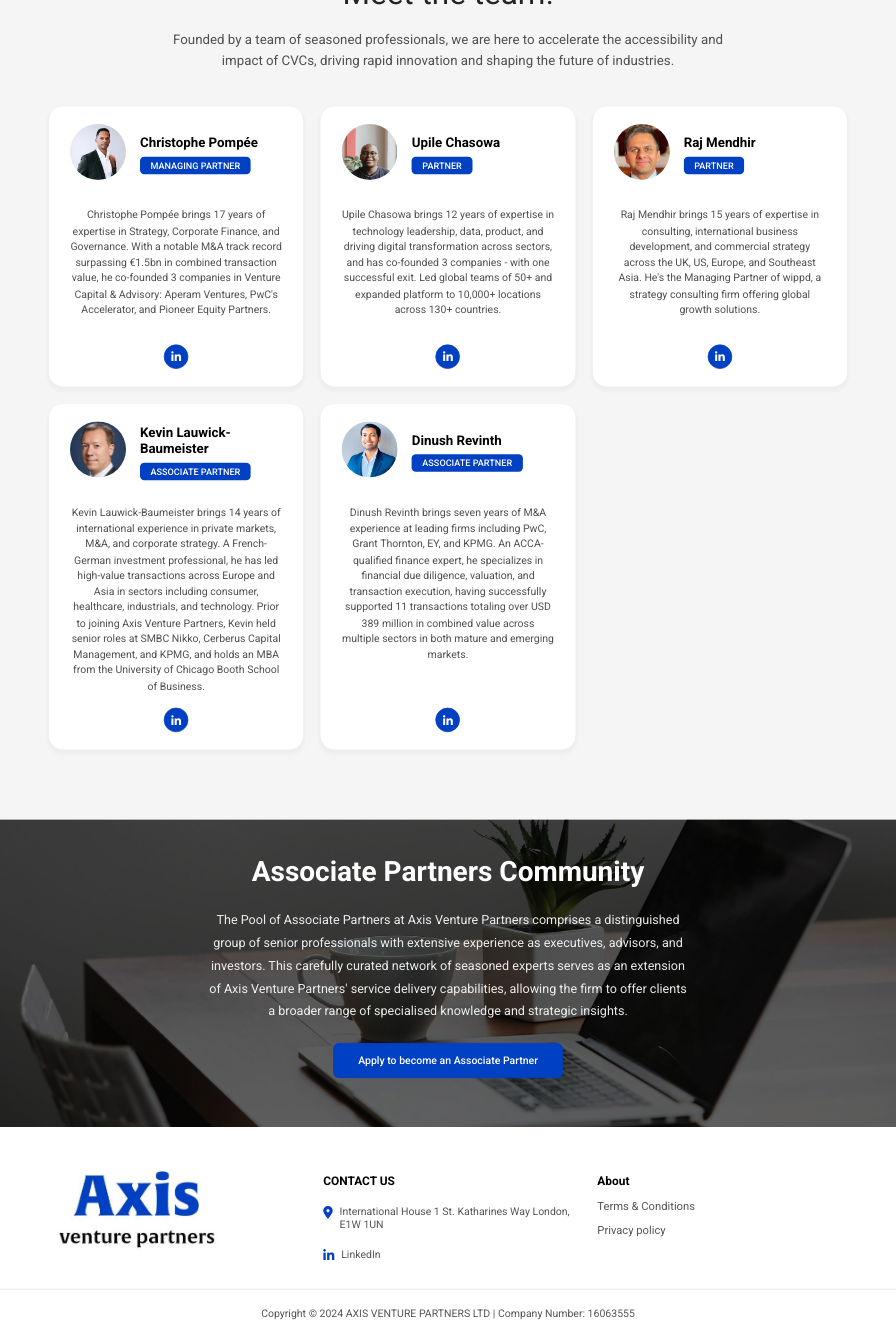
Repository: uchasowa/axisventures
Page: index.html
An editor plug-in stored every save of this project. The page is shown before and after the next save, followed by the edit.
The browser window is 1280 px wide. The pictures show the part of the page from y = 2120 to 4040 px (the page is 4040 px tall before and 3946 px after), at 70% of full size.
Some web libraries are served in a nearby version.

Above is the page before, as saved 2025-07-04 20:27:35.

After the next save:
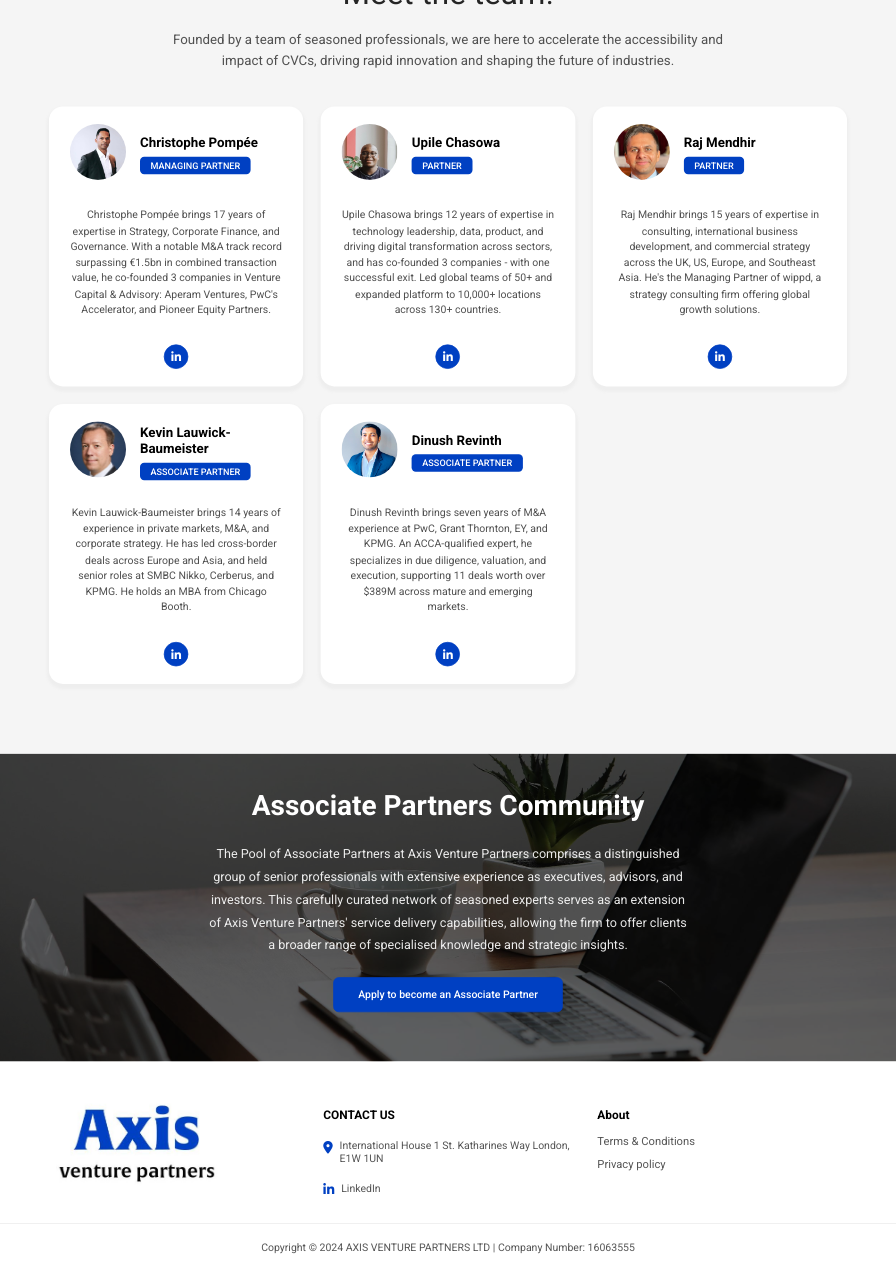
Saved 64 s later.
--- a/index.html
+++ b/index.html
@@ -259,7 +259,7 @@
                         </div>
                     </div>
 
-                    <p>Kevin Lauwick-Baumeister brings 14 years of international experience in private markets, M&A, and corporate strategy. A French-German investment professional, he has led high-value transactions across Europe and Asia in sectors including consumer, healthcare, industrials, and technology. Prior to joining Axis Venture Partners, Kevin held senior roles at SMBC Nikko, Cerberus Capital Management, and KPMG, and holds an MBA from the University of Chicago Booth School of Business.</p>
+                    <p>Kevin Lauwick-Baumeister brings 14 years of experience in private markets, M&A, and corporate strategy. He has led cross-border deals across Europe and Asia, and held senior roles at SMBC Nikko, Cerberus, and KPMG. He holds an MBA from Chicago Booth.</p>
                     <div class="links">
                         <a href="#" aria-label="Connect with Kevin Lauwick-Baumeister on LinkedIn">
                             <i class="fa-brands fa-linkedin-in" aria-hidden="true"></i>
@@ -277,7 +277,7 @@
                         </div>
                     </div>
 
-                    <p>Dinush Revinth brings seven years of M&A experience at leading firms including PwC, Grant Thornton, EY, and KPMG. An ACCA-qualified finance expert, he specializes in financial due diligence, valuation, and transaction execution, having successfully supported 11 transactions totaling over USD 389 million in combined value across multiple sectors in both mature and emerging markets.</p>
+                    <p>Dinush Revinth brings seven years of M&A experience at PwC, Grant Thornton, EY, and KPMG. An ACCA-qualified expert, he specializes in due diligence, valuation, and execution, supporting 11 deals worth over $389M across mature and emerging markets.</p>
                     <div class="links">
                         <a href="#" aria-label="Connect with Dinush Revinth on LinkedIn">
                             <i class="fa-brands fa-linkedin-in" aria-hidden="true"></i>
